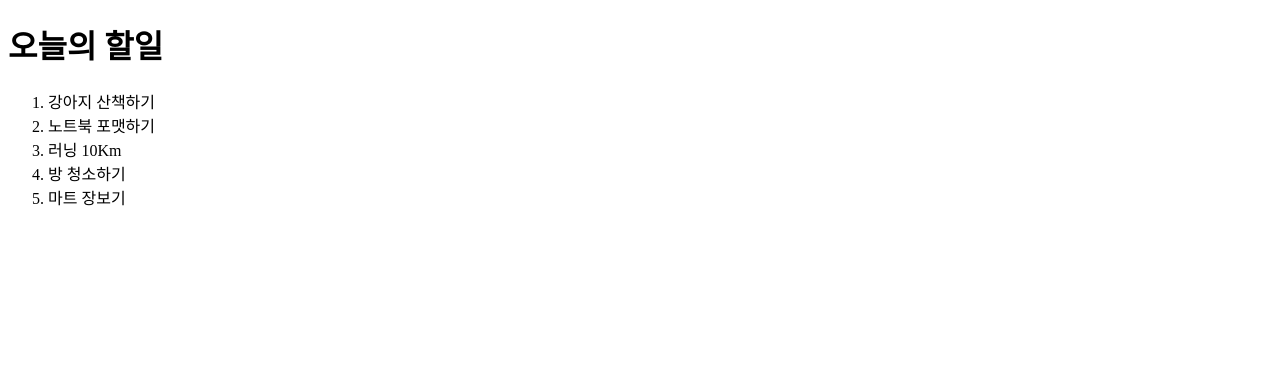
Repository: HongTaeHun337/HTML-CSS-JavaScript-
Page: html/HtmlTest/src/main/webapp/ex09_list.html
The author's editor kept a copy of each file at every save. The page is drawn from the files as they stood at one save, then again after the next save.
The browser window is 1280 px wide. The pictures show the whole page.

Above is the page before, as saved 2026-02-13 01:19:04.

### html/HtmlTest/src/main/webapp/ex09_list.html
<!DOCTYPE html>
<html>
<head>
<meta charset="UTF-8">
<title>Insert title here</title>
</head>
<body>
	<!-- ex09_list.html -->
	<!--

		List, 목록

		1. <ol> + <li>

		2. <ul> + <li>

		3. <dl> + <dt> + <dd>

	 -->

	 <h1>오늘의 할일</h1>

	 <ol>
	 	<li>강아지 산책하기</li>
	 	<li>노트북 포맷하기</li>
	 	<li>러닝 10Km</li>
	 	<li>방 청소하기</li>
	 	<li>마트 장보기</li>
	 </ol>

</body>
</html>

After the next save:
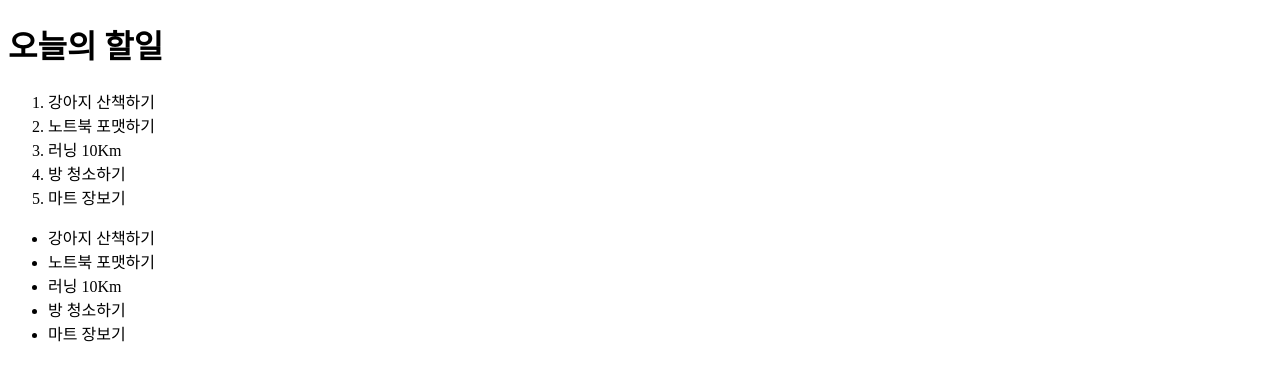
Saved 19 s later.
--- a/html/HtmlTest/src/main/webapp/ex09_list.html
+++ b/html/HtmlTest/src/main/webapp/ex09_list.html
@@ -28,5 +28,13 @@
 	 	<li>마트 장보기</li>
 	 </ol>
 
+	  <ul>
+	 	<li>강아지 산책하기</li>
+	 	<li>노트북 포맷하기</li>
+	 	<li>러닝 10Km</li>
+	 	<li>방 청소하기</li>
+	 	<li>마트 장보기</li>
+	 </ul>
+
 </body>
 </html>
